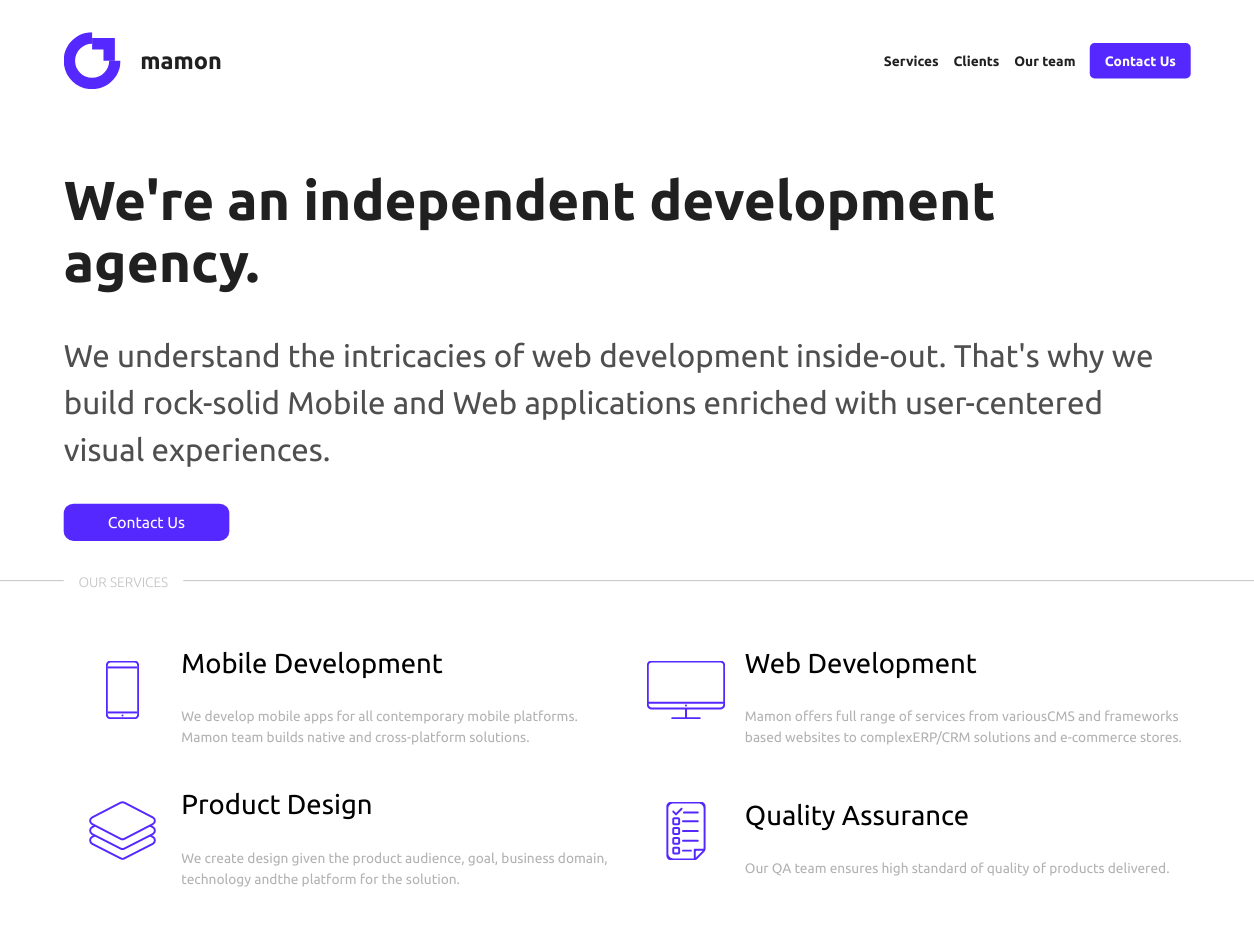
Repository: Vitalii23081984/testHGC
Page: index.html
These files come from the project's save history. The page is drawn as it stood at one moment and after the next save; the edit follows.
The browser window is 1280 px wide. The pictures show the whole page, at 98% of full size.

Above is the page before, as saved 2022-11-20 18:21:35.

After the next save:
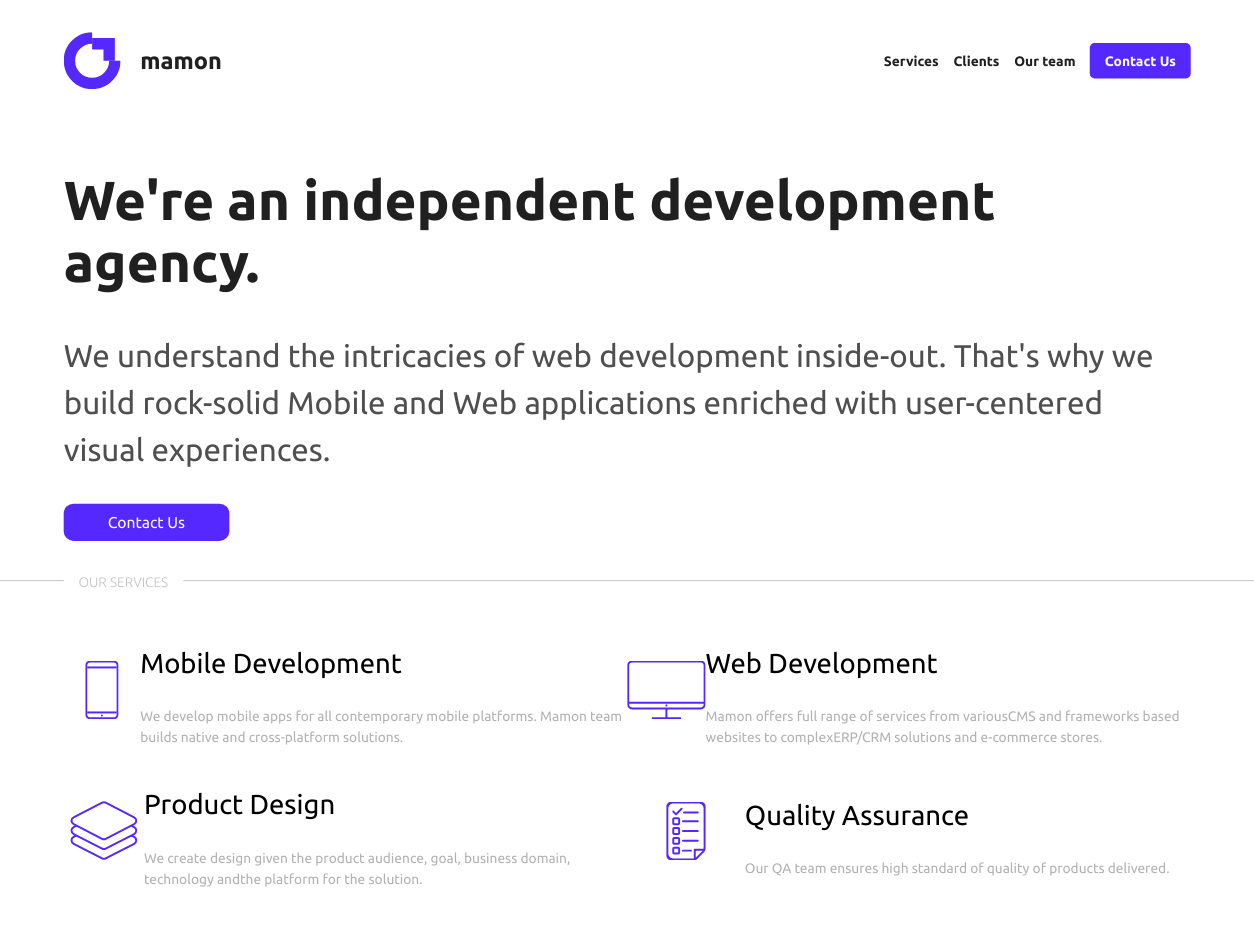
Saved 2 min 37 s later.
--- a/css/style.css
+++ b/css/style.css
@@ -118,7 +118,7 @@
 
 }
 .services_text {
-    flex-basis: calc(100% - 120px);
+    flex-basis: calc(100%-120px);
 
 }
 .services h3 {

After the save that followed:
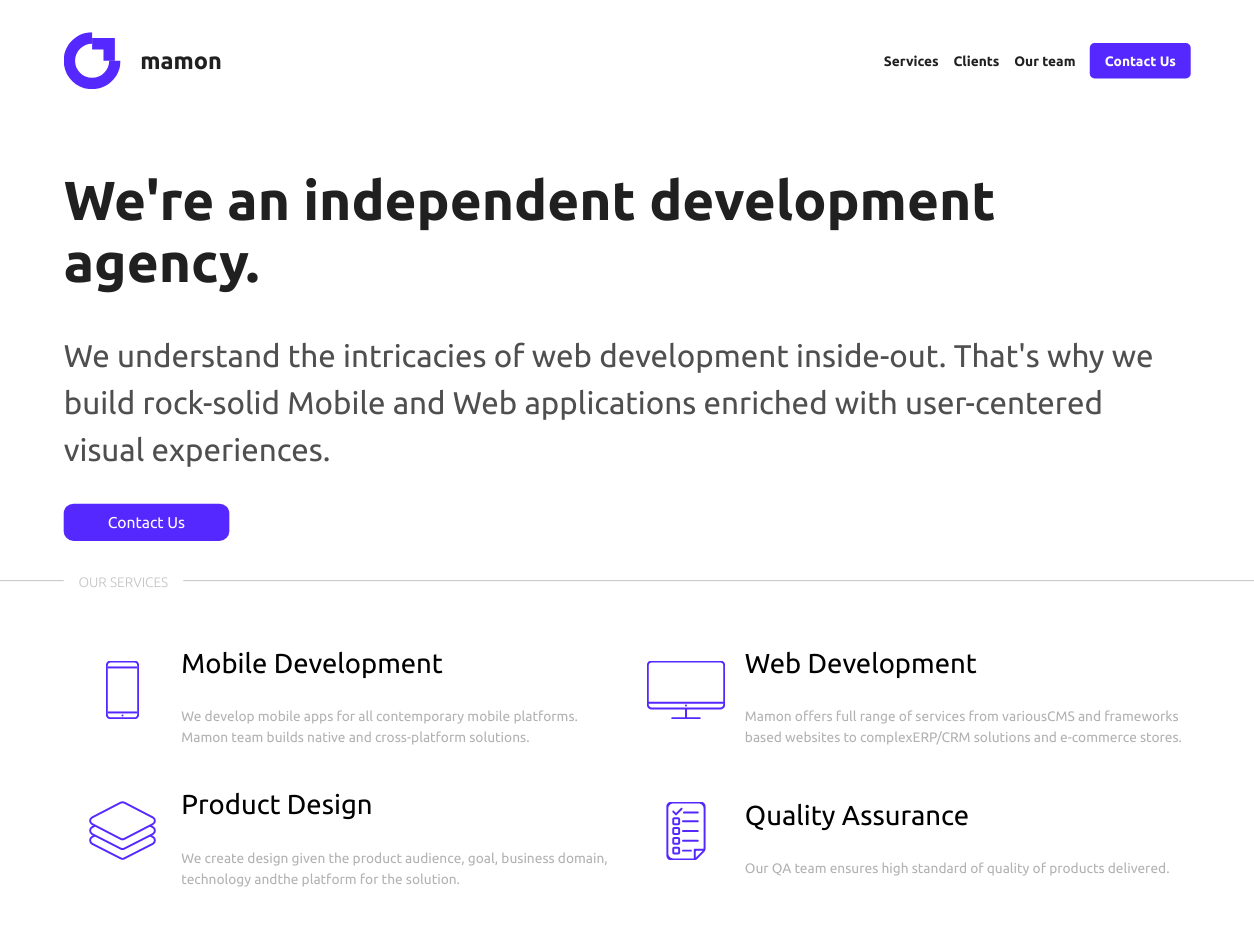
Saved 14 min 40 s later.
--- a/css/style.css
+++ b/css/style.css
@@ -118,7 +118,7 @@
 
 }
 .services_text {
-    flex-basis: calc(100%-120px);
+    flex-basis: calc(100% - 120px);
 
 }
 .services h3 {
